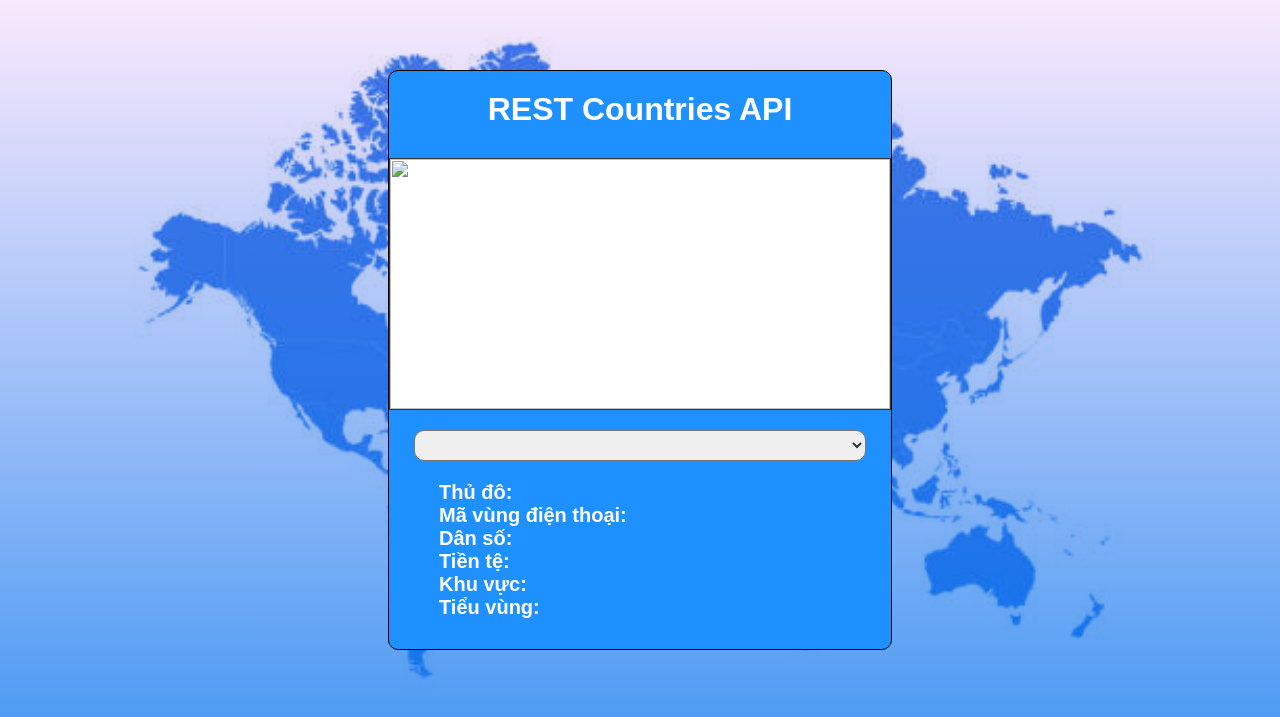
Repository: KhoaTran204/Rest-countries-api-app
Page: index.html
An editor plug-in stored every save of this project. The page is shown before and after the next save, followed by the edit.
The browser window is 1280 px wide. The pictures show the whole page.
The page's requests for data from a server got no answer.

Above is the page before, as saved 2024-04-14 09:06:14.

After the next save:
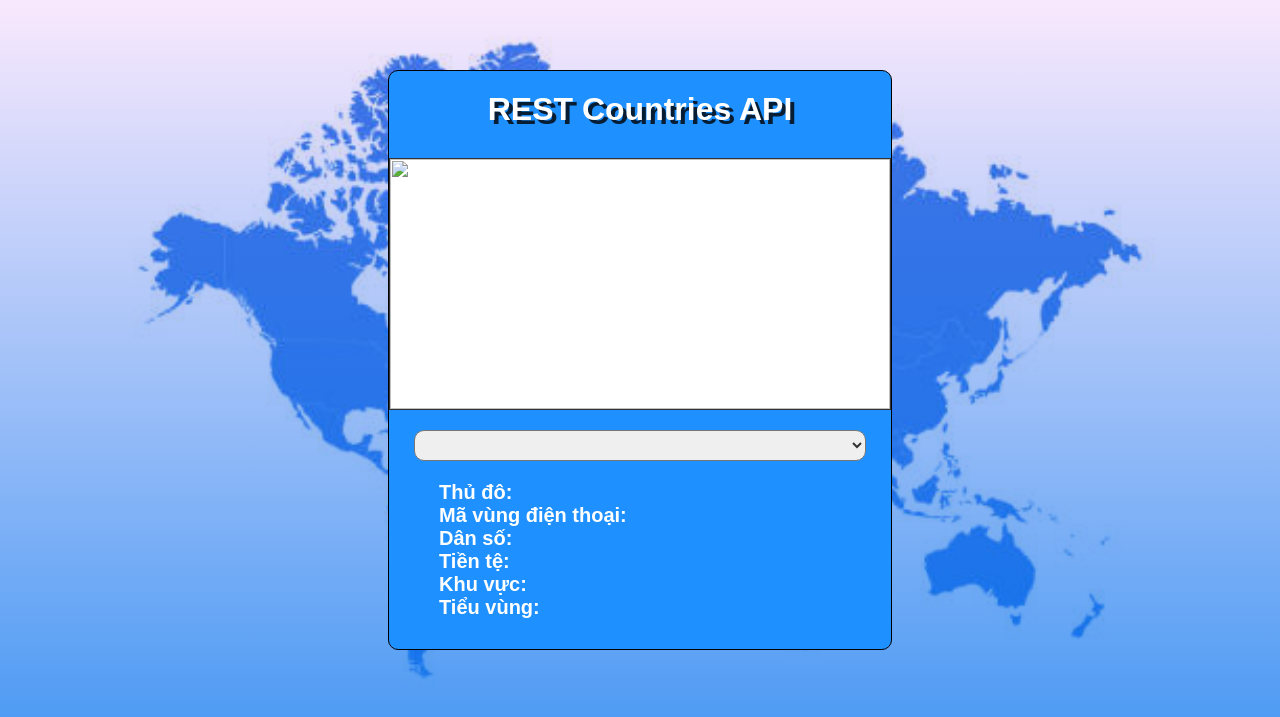
Saved 87 s later.
--- a/style.css
+++ b/style.css
@@ -41,7 +41,7 @@ body {
 }
 .container h1 {
   text-align: center;
-  text-shadow: 0, 5px 4px rgba(0, 0, 0, 0, 3);
+  text-shadow: 4px 4px rgba(0, 0, 0, 0.8);
   color: #fff;
   margin: 20px;
 }
